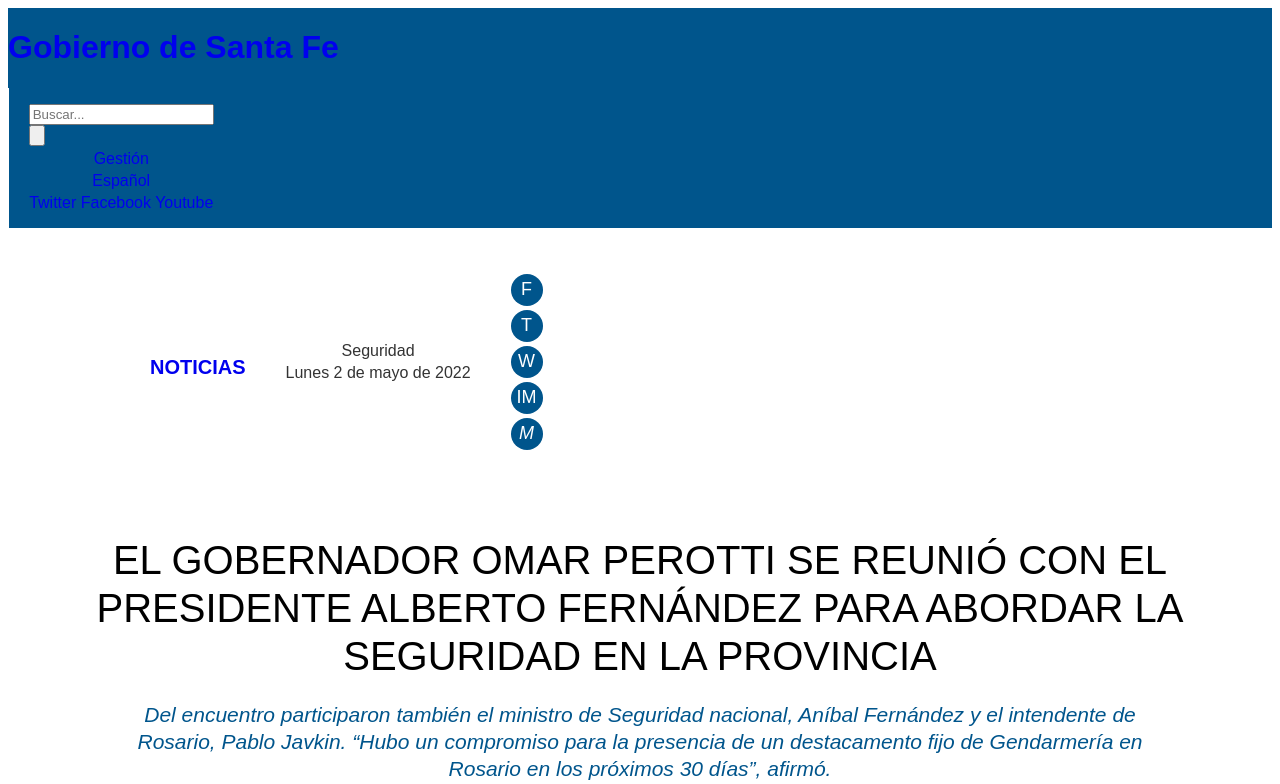
Repository: Larrowo/LPPA
Page: Clase 4/index.html
The author's editor kept a copy of each file at every save. The page is drawn from the files as they stood at one save, then again after the next save.
The browser window is 1280 px wide. The pictures show the part of the page from y = 0 to 784 px (the page is 2875 px tall before and 2987 px after).
A picture or video elsewhere on the page could not be fetched, so the positions and the page height are approximate.

Above is the page before, as saved 2022-05-03 14:17:18.

After the next save:
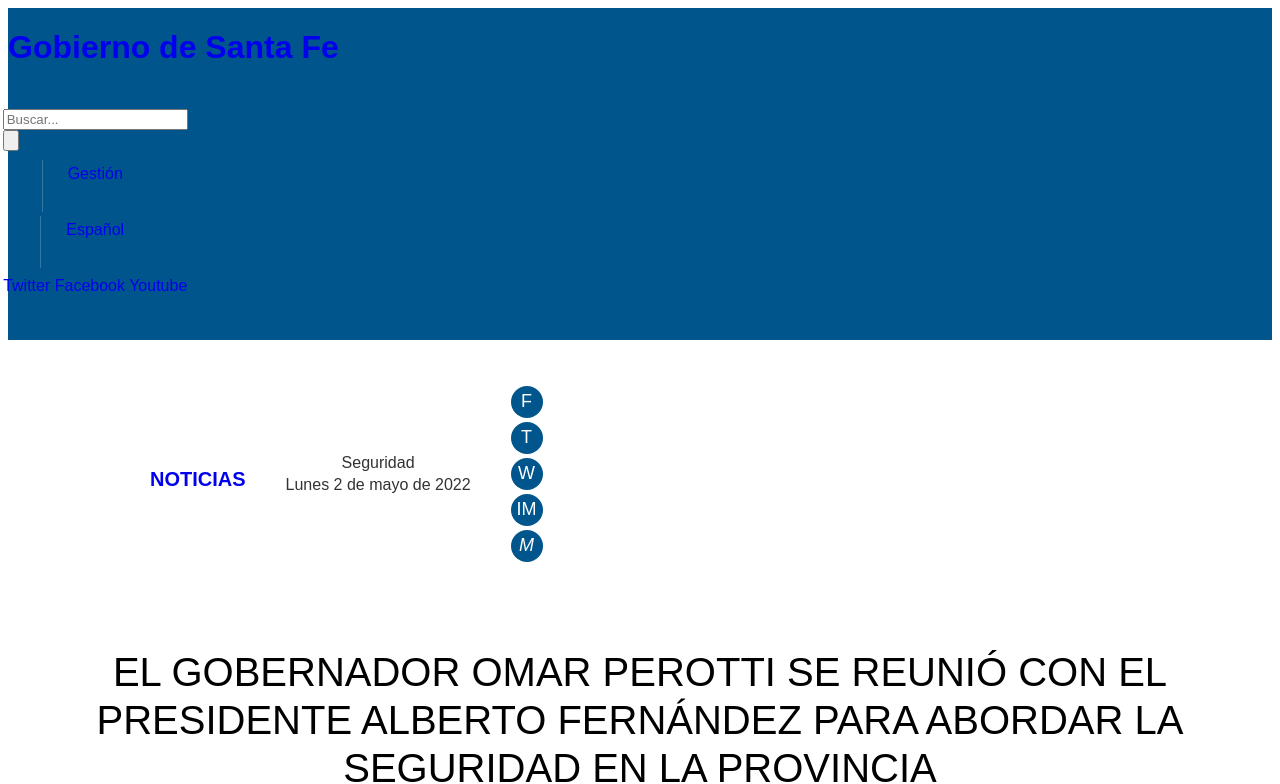
Saved 19 s later.
--- a/Clase 4/style.css
+++ b/Clase 4/style.css
@@ -68,10 +68,13 @@
   -webkit-box-pack: end;
   -ms-flex-pack: end;
   justify-content: flex-end;
-  border-left:1px solid white;
-}
-
-
+}
+
+#site-header .nav-header .menu-header>li {
+    padding: 5px 25px;
+    border-left: 1px solid rgba(255, 255, 255, 0.2);
+    height: 42px;
+}
 
 #top-post.top-post-divider .container {
   position: relative;
